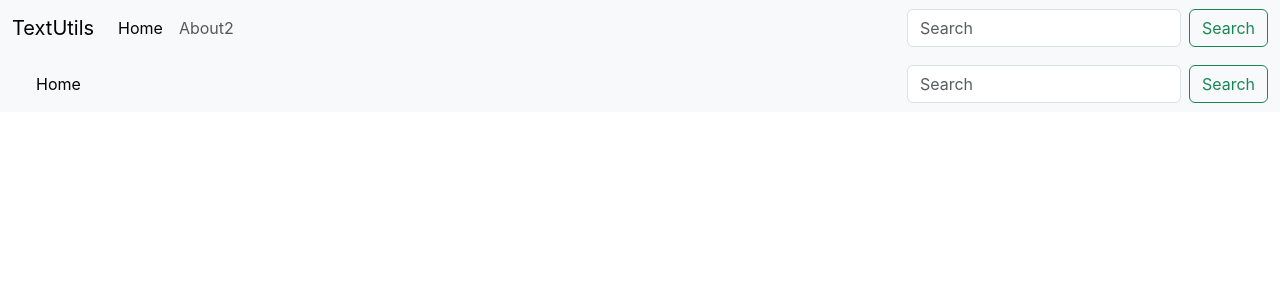
Repository: SujanNagaju/react-demo
Page: /
The author's editor kept a copy of each file at every save. The page is drawn from the files as they stood at one save, then again after the next save.
The browser window is 1280 px wide. The pictures show the whole page.
The project was rebuilt for these pictures with package versions that can differ from the ones it lists, and the page was loaded fresh each time. Also part of the build but not shown: src/App.css.

Above is the page before, as saved 2024-12-28 23:28:30.

After the next save:
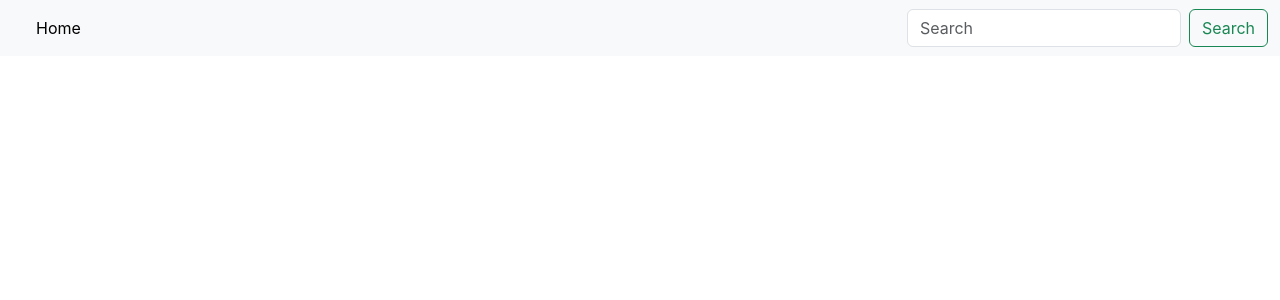
Saved 8 s later.
--- a/src/App.js
+++ b/src/App.js
@@ -5,7 +5,7 @@
 function App() {
   return (
     <>
-      <Navbar title="TextUtils" aboutText="About2"/>
+      {/* <Navbar title="TextUtils" aboutText="About2"/> */}
       <Navbar/>
     </>
   );
